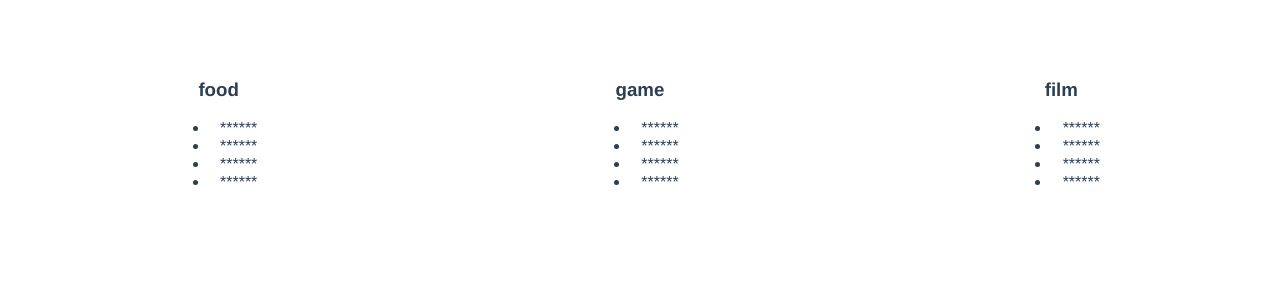
Repository: 319226862/wyy
Page: / (app in test/)
These files come from the project's save history. The page is drawn as it stood at one moment and after the next save; the edit follows.
The browser window is 1280 px wide. The pictures show the whole page.
The project was rebuilt for these pictures with package versions that can differ from the ones it lists, and the page was loaded fresh each time. Also part of the build but not shown: test/vue.config.js.

Above is the page before, as saved 2023-06-27 14:36:57.

### test/src/main.js
import Vue from 'vue'
import App from './App.vue'

Vue.config.productionTip = false

new Vue({
  render: h => h(App),
  beforeCreate(){
    Vue.prototype.$bus = this
  }
}).$mount('#app')

### test/src/App.vue
<template>
  <div id="container">
    <Category title="food" :listData="foods"/>
    <Category title="game" :listData="games"/>
    <Category title="film" :listData="films"/>
  </div>
</template>

<script>
// import axios from 'axios'
import Category from './components/Category.vue'
export default {
  name: 'App',
  data(){
    return {
      msg:'welcome',
      foods:['1','2','3','4'],
      games:['11','22','33','44'],
      films:['111','222','333','444']
    }
  },
  components: {Category},
  methods:{

  }
}
</script>

<style>
#container {
  font-family: Avenir, Helvetica, Arial, sans-serif;
  -webkit-font-smoothing: antialiased;
  -moz-osx-font-smoothing: grayscale;
  text-align: center;
  color: #2c3e50;
  margin-top: 60px;
  display: flex;
  justify-content:space-around
}
</style>

### test/src/components/Category.vue
<template>
    <div class="category">
        <h3>{{title}}</h3>
        <ul>
            <li>******</li>
            <li>******</li>
            <li>******</li>
            <li>******</li>
        </ul>
    </div>
</template>

<script>
export default {
    name:'Category',
    props:['listData','title']
}
</script>

<style>
.category{
    width: 100px;
    height: 200px;
}
</style>

Loaded but not shown: test/public/index.html (common file)

After the next save:
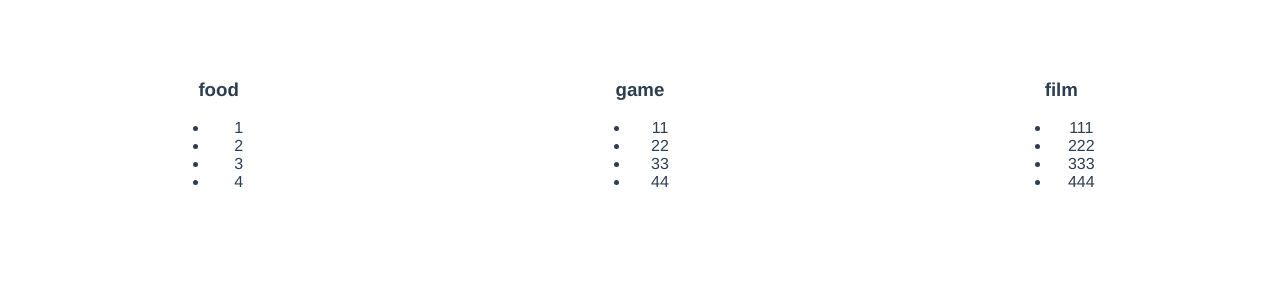
Saved 116 s later.
--- a/test/src/components/Category.vue
+++ b/test/src/components/Category.vue
@@ -2,10 +2,7 @@
     <div class="category">
         <h3>{{title}}</h3>
         <ul>
-            <li>******</li>
-            <li>******</li>
-            <li>******</li>
-            <li>******</li>
+            <li v-for="item in listData">{{ item }}</li>
         </ul>
     </div>
 </template>
